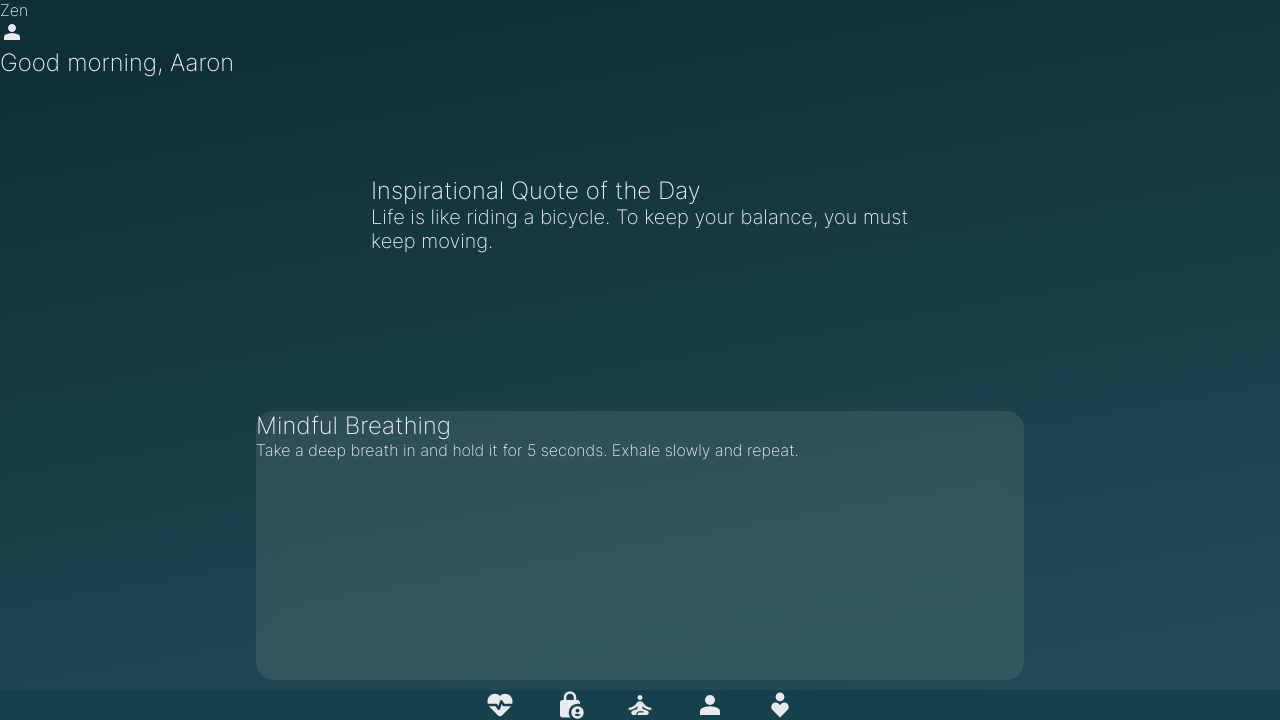
Repository: aaronw-dev/Zen
Page: dashboard.html
These files come from the project's save history. The page is drawn as it stood at one moment and after a run of saves; the edit follows.
The browser window is 1280 px wide. The pictures show the whole page.

Above is the page before, as saved 2024-06-08 13:48:31.

After the next 2 saves:
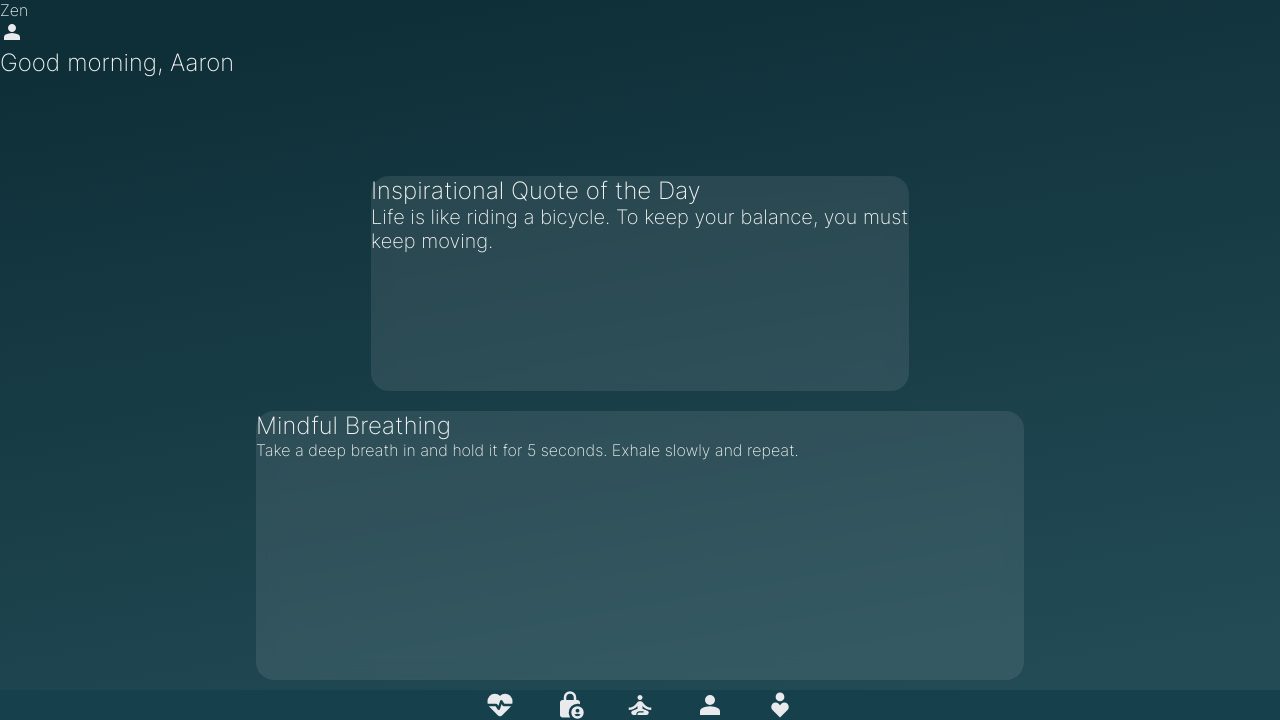
The 2 saves are shown as one change because they came seconds apart.
The last was saved 7 s later.
--- a/static/style.css
+++ b/static/style.css
@@ -114,9 +114,13 @@ p {
 }
 
 .inspirational_quote{
+    width: 100%;
+    height: 100%;
+    background: rgba(219.94, 219.94, 219.94, 0.11); border-radius: 18px;
+    backdrop-filter: blur(8.90px);
     width: 538px;
-    height: 215px;
-    flex-shrink: 0;
+height: 215px;
+flex-shrink: 0;
 }
 .inspirational_quote p{
     font-size: 20px;
